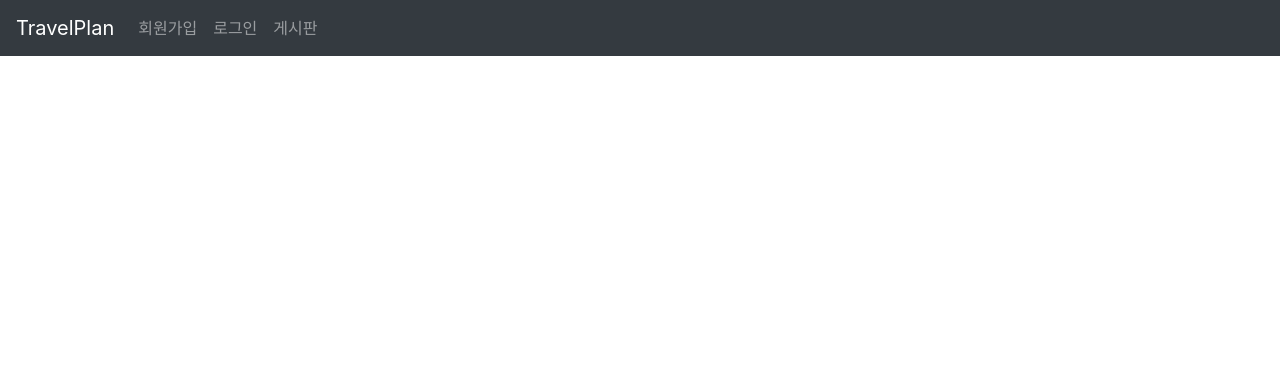
Repository: sna145815/Travel_v1
Page: http://localhost/Travel_v1/login
The author's editor kept a copy of each file at every save. The page is drawn from the files as they stood at one save, then again after the next save.
The browser window is 1280 px wide. The pictures show the whole page.
The page is served by Tomcat 9.

Above is the page before, as saved 2022-10-24 15:03:47.

After the next save:
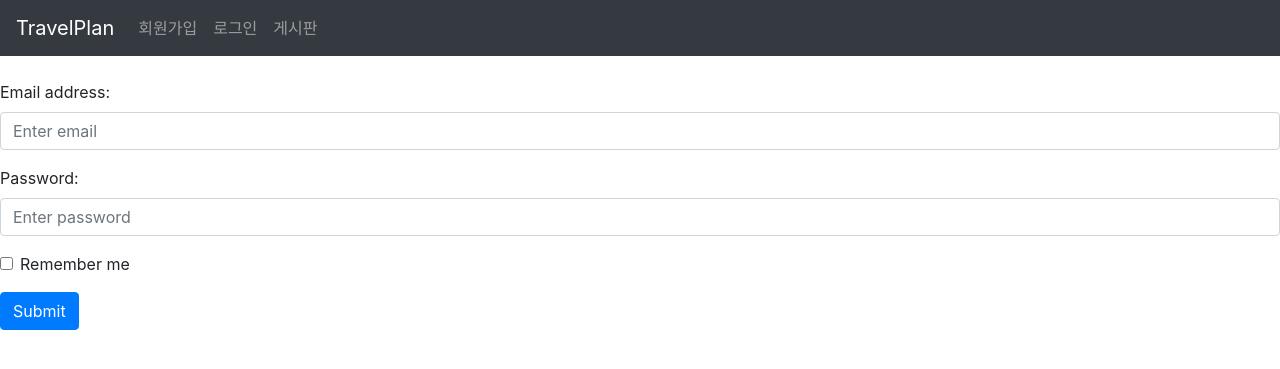
Saved 2 min 11 s later.
--- a/Travel_v1/src/main/webapp/WEB-INF/view/loginpage.jsp
+++ b/Travel_v1/src/main/webapp/WEB-INF/view/loginpage.jsp
@@ -2,13 +2,21 @@
     pageEncoding="UTF-8"%>
 
 <%@ include file="/layout/header.jsp" %>
-<!DOCTYPE html>
-<html>
-<head>
-<meta charset="UTF-8">
-<title>Insert title here</title>
-</head>
-<body>
-
+<form action="/action_page.php">
+  <div class="form-group">
+    <label for="email">Email address:</label>
+    <input type="email" class="form-control" placeholder="Enter email" id="email">
+  </div>
+  <div class="form-group">
+    <label for="pwd">Password:</label>
+    <input type="password" class="form-control" placeholder="Enter password" id="pwd">
+  </div>
+  <div class="form-group form-check">
+    <label class="form-check-label">
+      <input class="form-check-input" type="checkbox"> Remember me
+    </label>
+  </div>
+  <button type="submit" class="btn btn-primary">Submit</button>
+</form>
 </body>
 </html>
